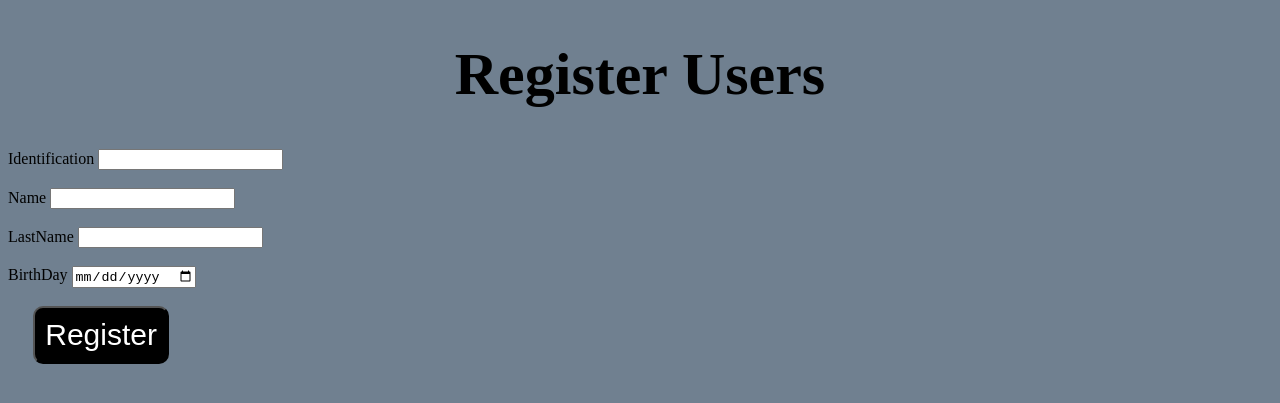
Repository: Andres-Velasco07/app-cym-repo
Page: templates/register.html
The author's editor kept a record of every edit. The page is drawn from the files as they stood at one moment, then again after the next edit.
The browser window is 1280 px wide. The pictures show the whole page.

Above is the page before.

### templates/register.html
<!DOCTYPE html>
<html>
    <head>
        <meta http-equiv="content-type" content="text/html; charset=utf-8" />
        <title>Web Page</title>
        <link rel="stylesheet" href="../static/css/styleregister.css" type="text/css" />
        <script  src="../static/js/appregister.js"  type="text/javascript" charset="utf-8"></script>
    </head>
    <body>
        <h1>Register Users</h1>
        <form>
            <label>Identification</label> <input type="number"/> <br> <br>
            <label>Name</label> <input type="text"/> <br> <br>
            <label>LastName</label> <input type="text"/> <br> <br>
            <label>BirthDay</label> <input type="date"/> <br> <br>
            <button onClick = 'registerUser()'> Register </button>
        </form>
    </body>
</html>

### static/css/styleregister.css
h1 {
    text-align: center;
    font-size: 60px;
}

div {
    text-align: center;
}

body {
    background-color: slategrey;
}

button {
    font-size: 30px;
    background-color: black;
    color: white;
    border-radius: 10px;
    padding: 10px;
    margin-right: 2%;
    margin-left: 2%;

}

### static/js/appregister.js
function registerUser(){
    alert('boton de registrar usuario clickeado')
}

After the next edit:
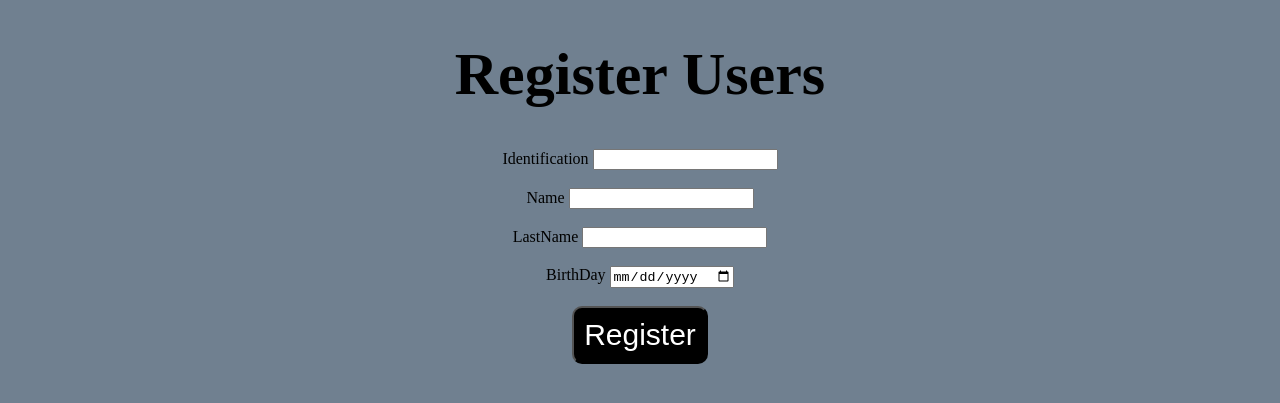
The edit:
--- a/static/css/styleregister.css
+++ b/static/css/styleregister.css
@@ -19,5 +19,8 @@
     padding: 10px;
     margin-right: 2%;
     margin-left: 2%;
+}
 
+form {
+    text-align: center;
 }
